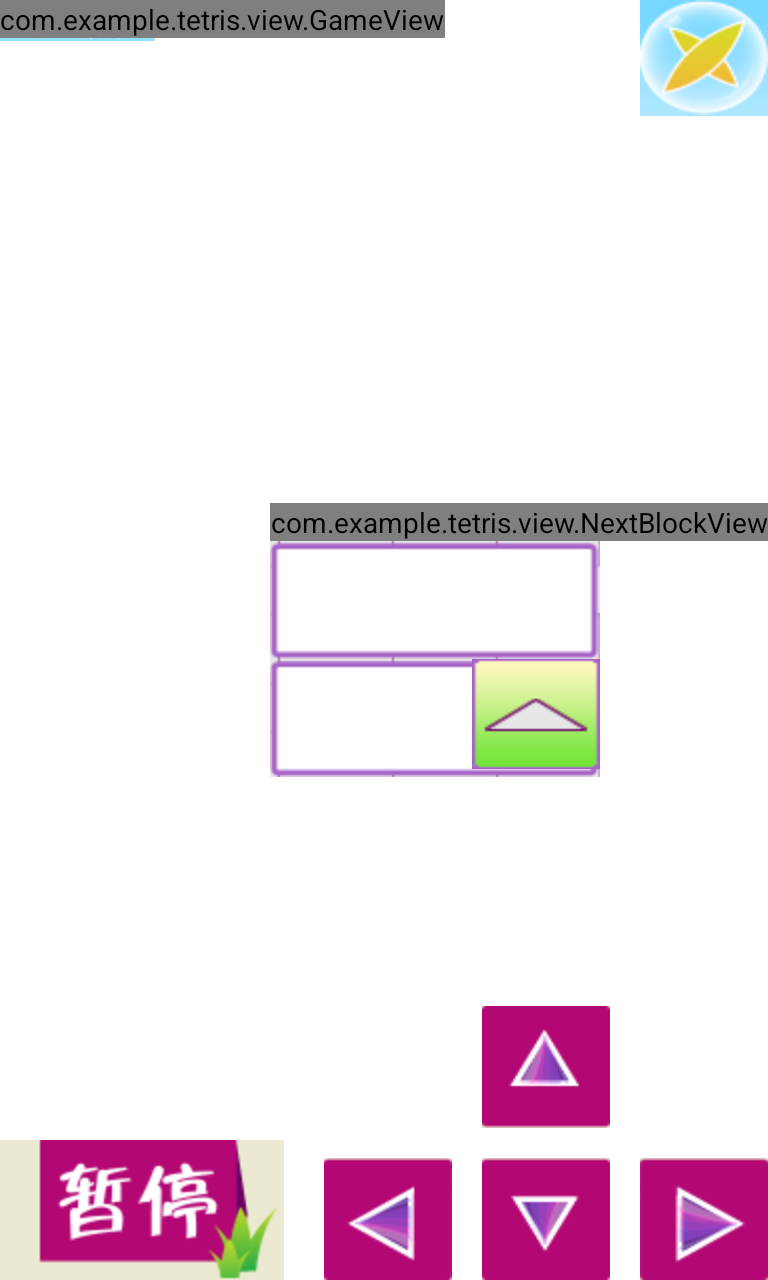
Repository: handsomezhou/android_training_project
Layout: Tetris/res/layout/activity_tetris.xml
The author's editor kept a copy of each file at every save. The layout is drawn from the files as they stood at one save, then again after the next save.
Pictures or frames that could not be fetched are drawn as grey boxes. It is drawn on a 768 x 1280 px phone screen (xhdpi) without system bars, with theme AppTheme; the app's code is not run.

Above is the layout before, as saved 2014-03-18 03:55:33.

After the next save:
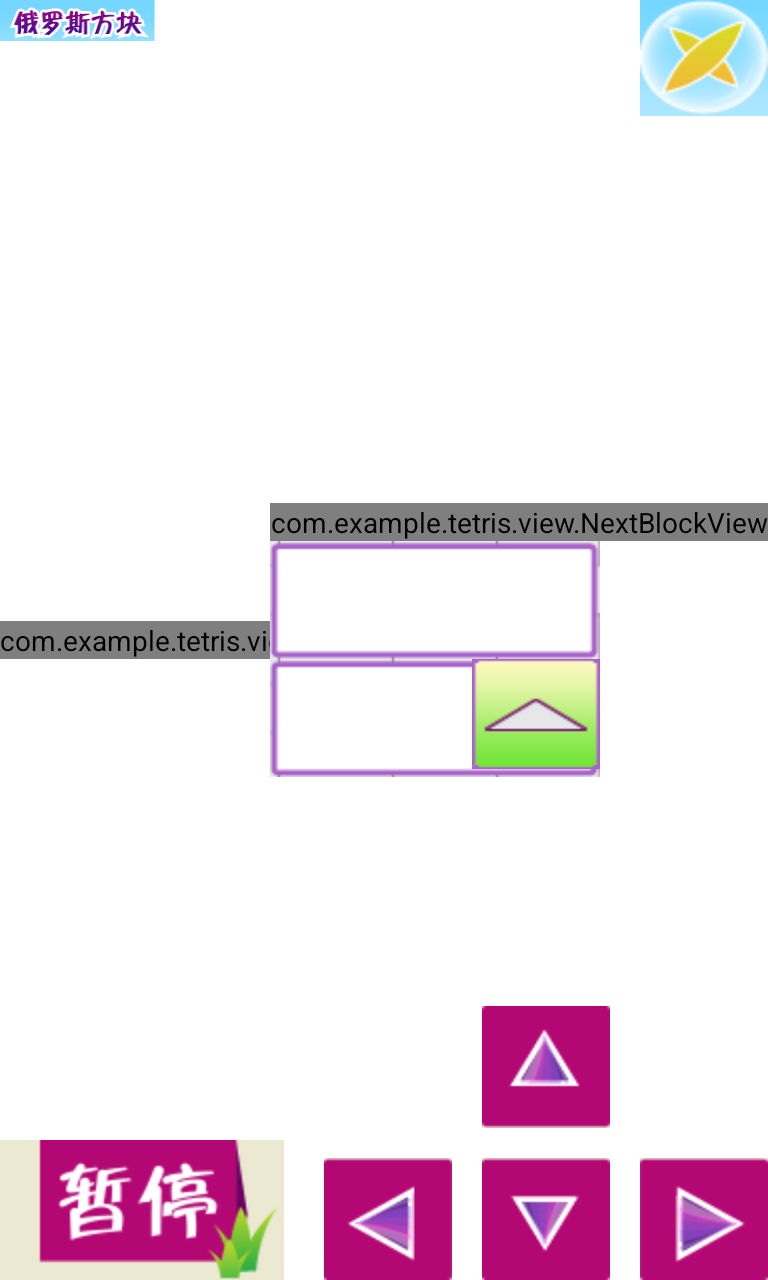
Saved 3 h 33 min later.
--- a/Tetris/res/layout/activity_tetris.xml
+++ b/Tetris/res/layout/activity_tetris.xml
@@ -22,7 +22,7 @@
         android:layout_width="wrap_content"
         android:layout_height="wrap_content"
         android:layout_alignParentLeft="true"
-        android:layout_alignParentTop="true"
+        android:layout_centerVertical="true"
         android:background="@drawable/tetris_board" />
 
     <RelativeLayout

After the save that followed:
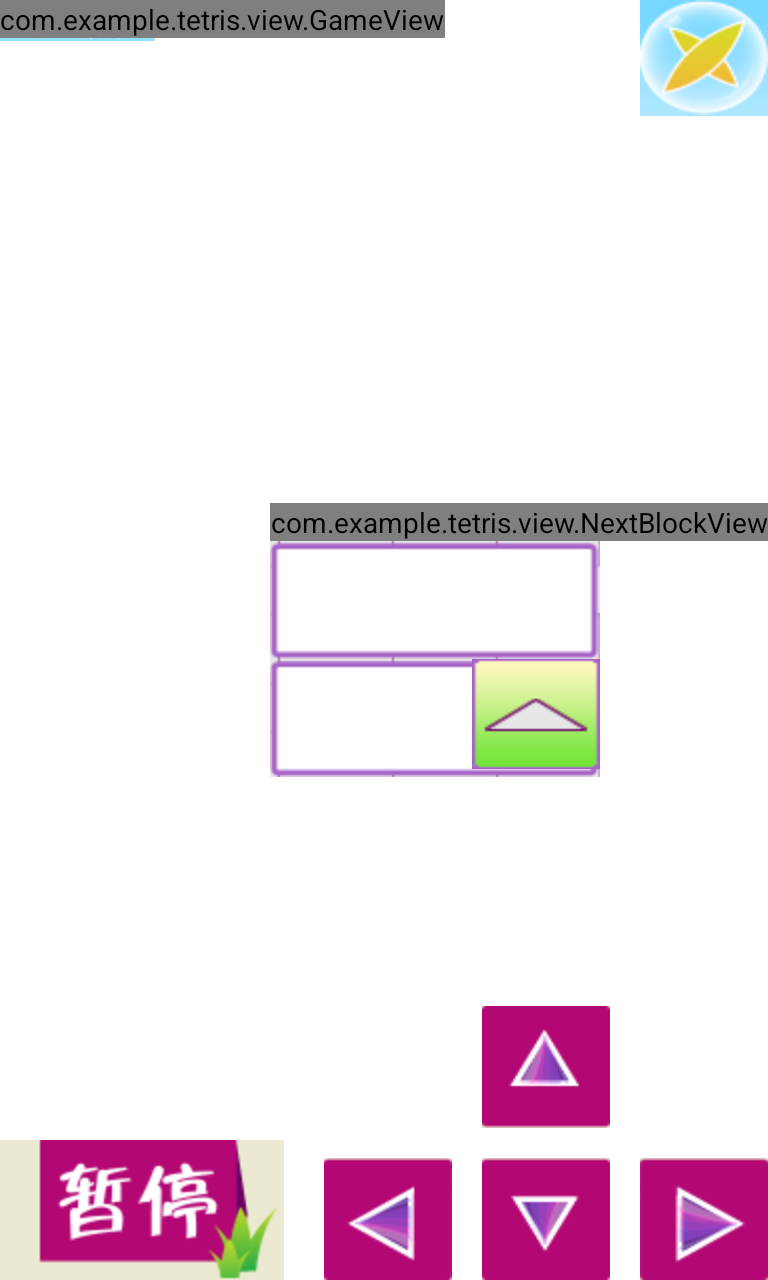
Saved 2 min 7 s later.
--- a/Tetris/res/layout/activity_tetris.xml
+++ b/Tetris/res/layout/activity_tetris.xml
@@ -22,7 +22,7 @@
         android:layout_width="wrap_content"
         android:layout_height="wrap_content"
         android:layout_alignParentLeft="true"
-        android:layout_centerVertical="true"
+        android:layout_alignParentTop="true"
         android:background="@drawable/tetris_board" />
 
     <RelativeLayout
